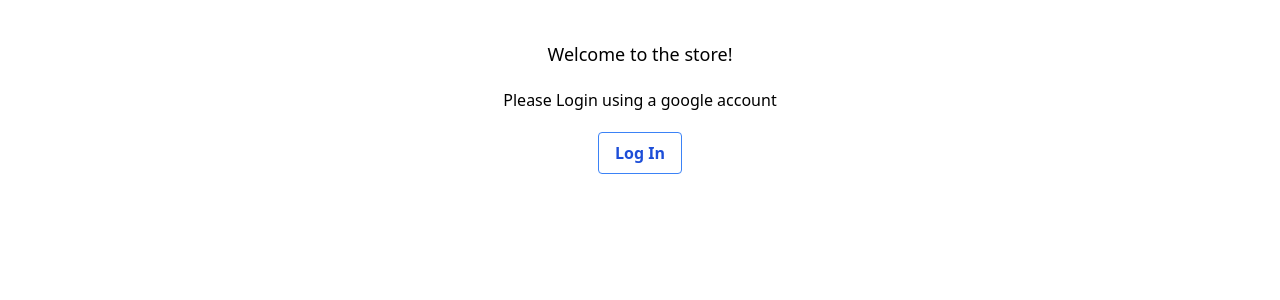
Repository: Siravian-index/rehab-store
Page: /
An editor plug-in stored every save of this project. The page is shown before and after the next save, followed by the edit.
The browser window is 1280 px wide. The pictures show the whole page.
The project was rebuilt for these pictures with package versions that can differ from the ones it lists, and the page was loaded fresh each time. Also part of the build but not shown: craco.config.js, src/components/Footer.jsx, src/components/LogoutButton.jsx, src/components/Navbar.jsx.

Above is the page before, as saved 2021-11-01 08:48:03.

### src/index.js
import React from 'react';
import ReactDOM from 'react-dom';
import App from './App';
import './index.css';
import { Auth0Provider } from '@auth0/auth0-react';

ReactDOM.render(
  <Auth0Provider
    domain='dev-2rv8c3jm.us.auth0.com'
    clientId='SVkXn8UGq2ma8B16C4MihKOtDp8EGrJX'
    redirectUri={window.location.origin}
  >
    <App />
  </Auth0Provider>,
  document.getElementById('root')
);

### src/App.js
import { useAuth0 } from '@auth0/auth0-react';

import Footer from './components/Footer';
import Navbar from './components/Navbar';
import WelcomePage from './components/WelcomePage';

const App = () => {
  const { isAuthenticated, isLoading } = useAuth0();

  if (isLoading) {
    return <div>Loading ...</div>;
  }

  return isAuthenticated ? (
    <div>
      <Navbar />
      {/* action boxes */}
      <Footer />
    </div>
  ) : (
    <WelcomePage />
  );
};

export default App;

### src/components/WelcomePage.jsx
import LoginButton from './LoginButton';

const WelcomePage = () => {
  return (
    <div className='w-1/2 m-auto my-10 text-center'>
      <h3 className='my-5 text-lg'>Welcome to the store!</h3>
      <p className='my-5'>Please Login using a google account </p>
      <div className='my-5'>
        <LoginButton />
      </div>
    </div>
  );
};

export default WelcomePage;

### src/components/LoginButton.jsx
import React from 'react';
import { useAuth0 } from '@auth0/auth0-react';

const LoginButton = () => {
  const { loginWithRedirect } = useAuth0();

  return (
    <button
      className='bg-transparent hover:bg-blue-500 text-blue-700 font-semibold hover:text-white py-2 px-4 border border-blue-500 hover:border-transparent rounded'
      onClick={() => loginWithRedirect()}
    >
      Log In
    </button>
  );
};

export default LoginButton;

Loaded but not shown: public/index.html (common file); src/index.css (common file); tailwind.config.js (common file)

After the next save:
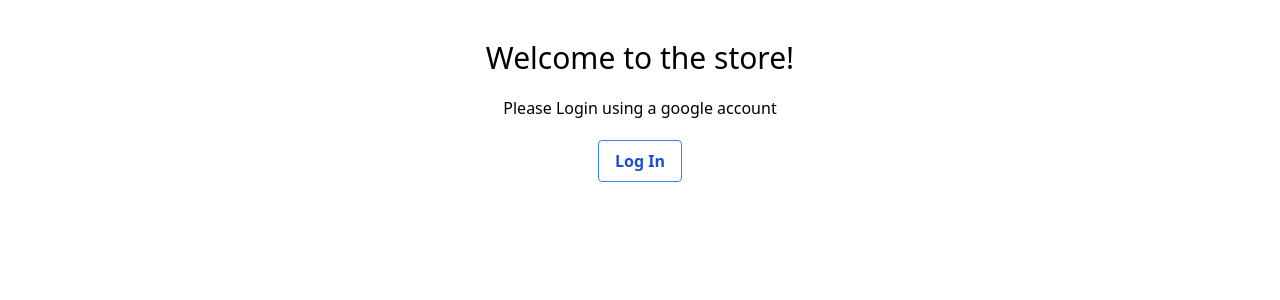
Saved 7 s later.
--- a/src/components/WelcomePage.jsx
+++ b/src/components/WelcomePage.jsx
@@ -3,7 +3,7 @@ import LoginButton from './LoginButton';
 const WelcomePage = () => {
   return (
     <div className='w-1/2 m-auto my-10 text-center'>
-      <h3 className='my-5 text-lg'>Welcome to the store!</h3>
+      <h3 className='my-5 text-3xl'>Welcome to the store!</h3>
       <p className='my-5'>Please Login using a google account </p>
       <div className='my-5'>
         <LoginButton />
